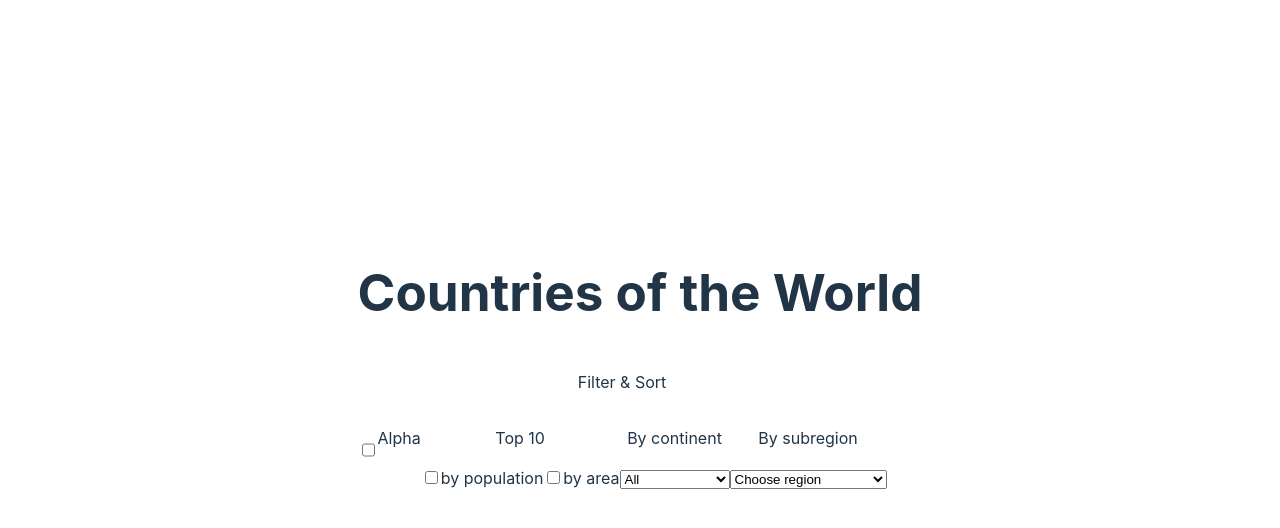
Repository: SamanthaYan298/my_countries
Page: /
An editor plug-in stored every save of this project. The page is shown before and after the next save, followed by the edit.
The browser window is 1280 px wide. The pictures show the whole page.
The project was rebuilt for these pictures with package versions that can differ from the ones it lists, and the page was loaded fresh each time. Also part of the build but not shown: vite.config.js.

Above is the page before, as saved 2024-11-04 16:59:51.

After the next save:
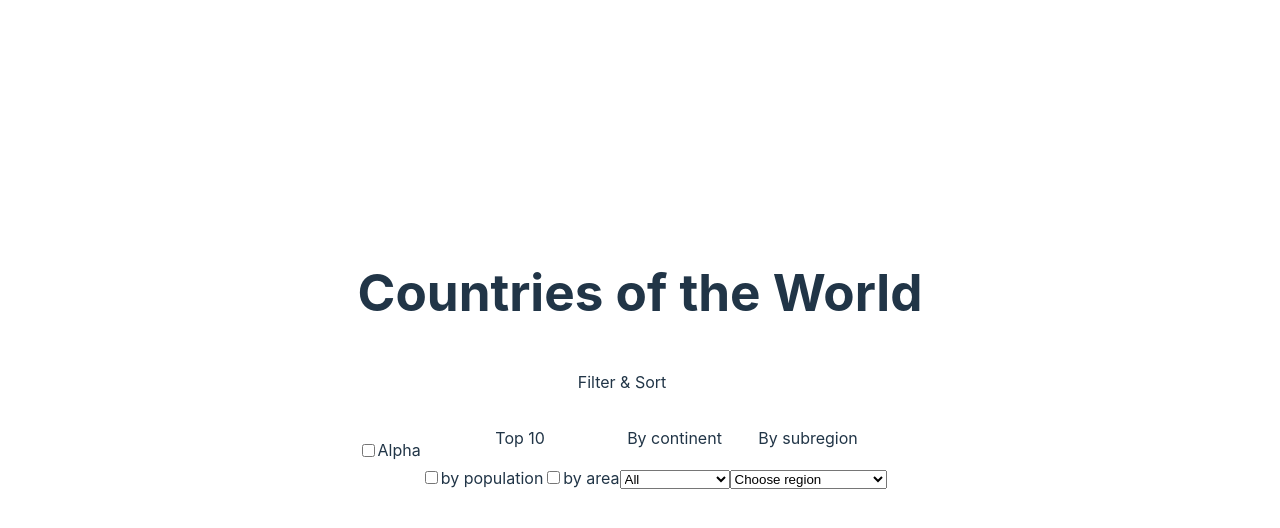
Saved 15 s later.
--- a/src/App.css
+++ b/src/App.css
@@ -18,4 +18,6 @@
 .alpha {
   display: flex;
   flex-direction: row;
+  align-items: center;
+  text-align: center;
 }
